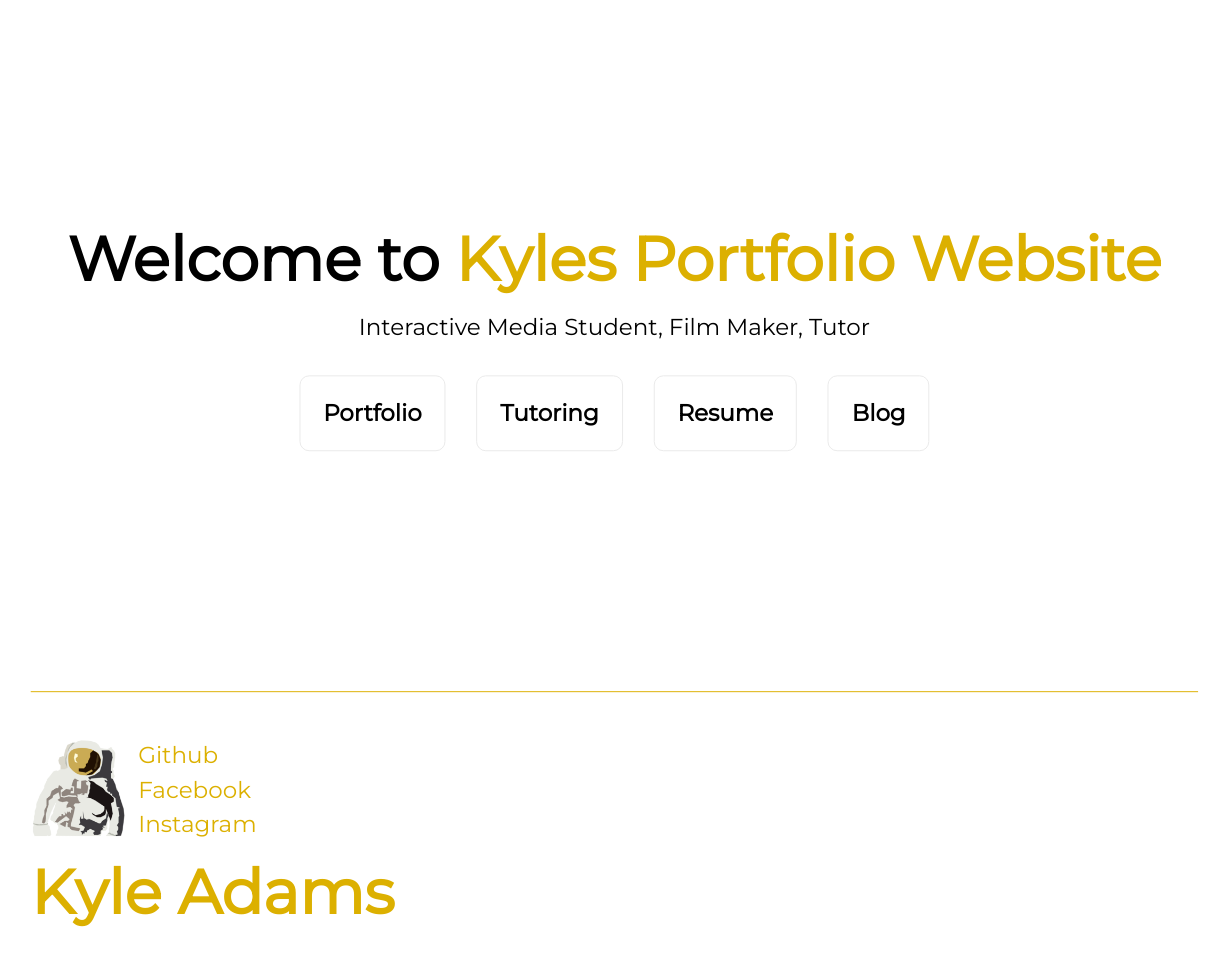
Repository: neomort/CL-portfolio-site
Page: /
The author's editor kept a copy of each file at every save. The page is drawn from the files as they stood at one save, then again after the next save.
The browser window is 1280 px wide. The pictures show the whole page, at 96% of full size.
The project was rebuilt for these pictures with package versions that can differ from the ones it lists, and the page was loaded fresh each time. The framework's server and built-in components were replaced by stand-ins that run in the browser. Also part of the build but not shown: next.config.js.

Above is the page before, as saved 2021-12-14 16:12:25.

After the next save:
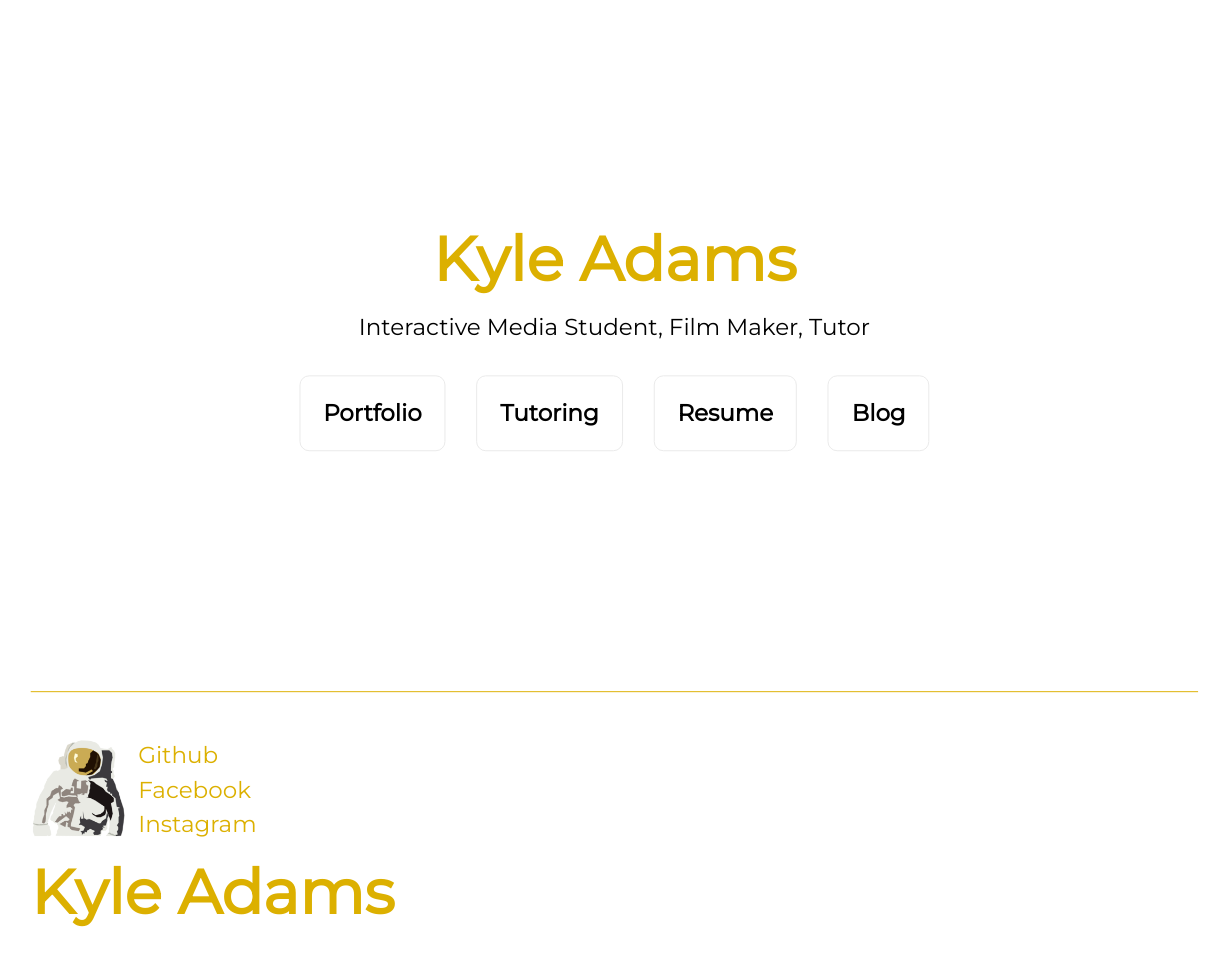
Saved 6 min 44 s later.
--- a/pages/index.js
+++ b/pages/index.js
@@ -14,7 +14,7 @@ export default function Home() {
 
       <main className={styles.main}>
         <h1 className={styles.title}>
-          Welcome to <a href="https://kyleadams.com/">Kyles Portfolio Website</a>
+          <a href="https://kyleadams.com/">Kyle Adams</a>
         </h1>
 
         <p className={styles.description}>
